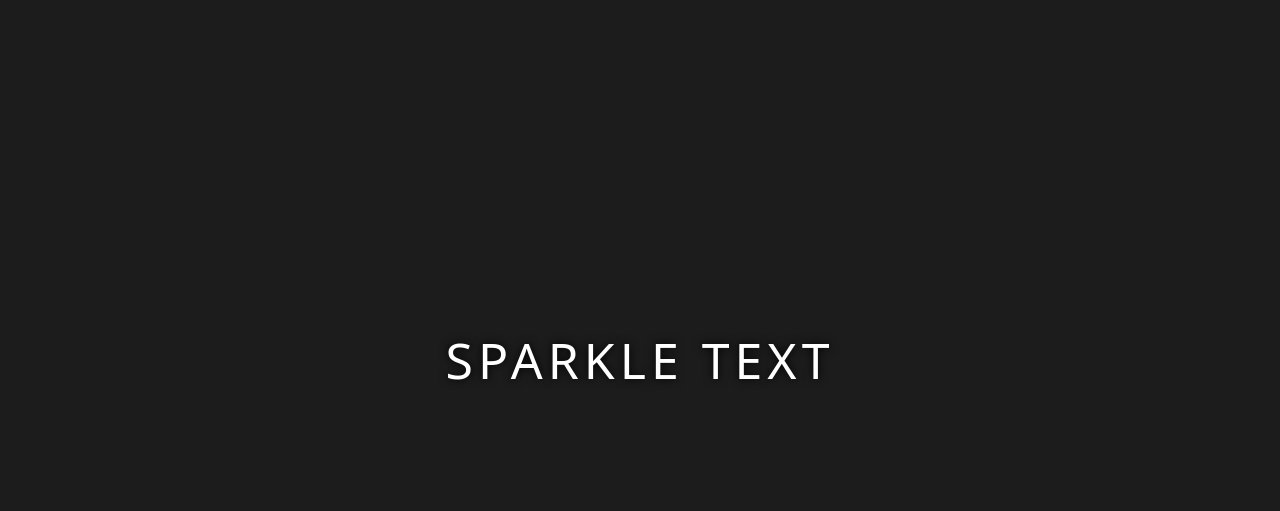
Repository: light607/effiweb
Page: sparkle.html
An editor plug-in stored every save of this project. The page is shown before and after the next save, followed by the edit.
The browser window is 1280 px wide. The pictures show the whole page.

Above is the page before, as saved 2024-09-26 19:21:01.

After the next save:
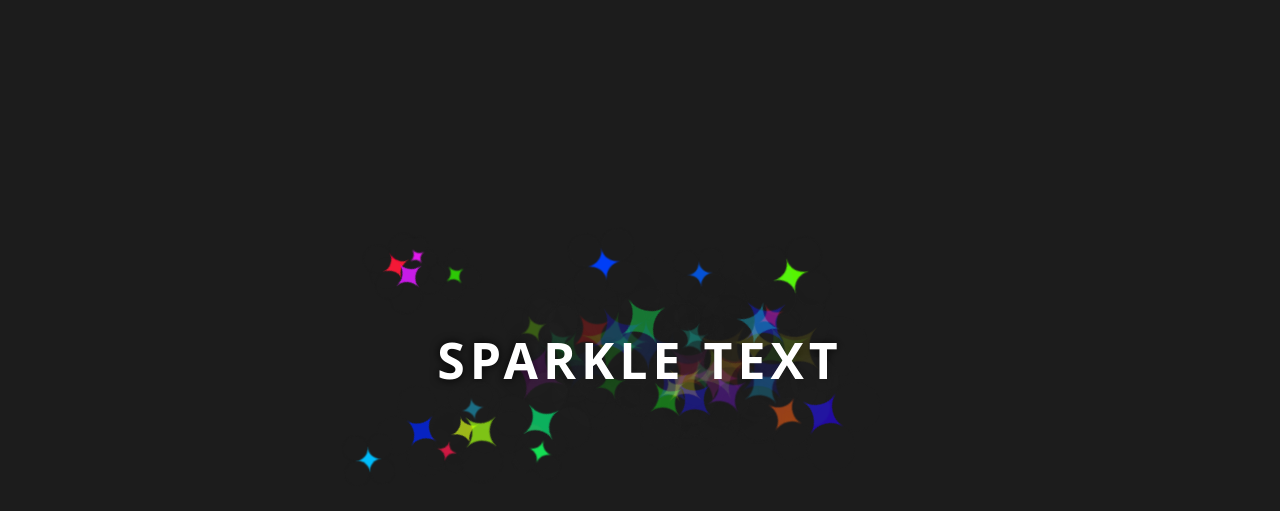
Saved 93 s later.
--- a/sparkle.html
+++ b/sparkle.html
@@ -15,24 +15,73 @@
             margin: 0;
         }
 
+        :root {
+            --bg: #1c1c1c;
+            --text-height: 300px;
+        }
+
         .sparkle {
-            position: relative;
             width: 600px;
-            height: 300px;
+            height: var(--text-height);
+            font-size: 50px;
+            text-align: center;
+            line-height: var(--text-height);
             color: white;
-            text-align: center;
-            line-height: 300px;
-            font-size: 50px;
+            font-weight: 700;
             text-transform: uppercase;
             letter-spacing: 5px;
+            z-index: 100;
+            position: relative;
             text-shadow: 0px 0px 10px black;
         }
 
         .star {
+            --star-size: 50px;
+            --star-life: 5s;
+            --start-left: 0px;
+            --start-top: 0px;
+            --end-left: 0px;
+            --end-top: 0px;
+            --star-color: #f1c40f;
+
+            width: var(--star-size);
+            height: var(--star-size);
+            left: var(--end-left);
+            top: var(--end-top);
+            background: var(--star-color);
             position: absolute;
-            border-radius: 50%;
             mix-blend-mode: lighten;
-            opacity: 0;
+            animation: slide var(--star-life) ease-in forwards;
+        }
+
+        .star:after {
+            display: block;
+            content: "";
+            width: var(--star-size);
+            height: var(--star-size);
+            background-color: var(--bg);
+            border-radius: 100%;
+            position: relative;
+            top: calc(var(--star-size) / 2 * -1);
+            left: calc(var(--star-size) / 2 * -1);
+            box-shadow: var(--star-size) var(--star-size) var(--bg),
+                        var(--star-size) 0px var(--bg),
+                        0px var(--star-size) var(--bg);
+        }
+
+        @keyframes slide {
+            0% {
+                left: var(--start-left);
+                top: var(--start-top);
+                transform: rotate(0deg);
+                opacity: 0;
+            }
+            100% {
+                left: var(--end-left);
+                top: var(--end-top);
+                transform: rotate(calc(180deg * var(--star-life-num))) scale(0.5);
+                opacity: 1;
+            }
         }
     </style>
 </head>
